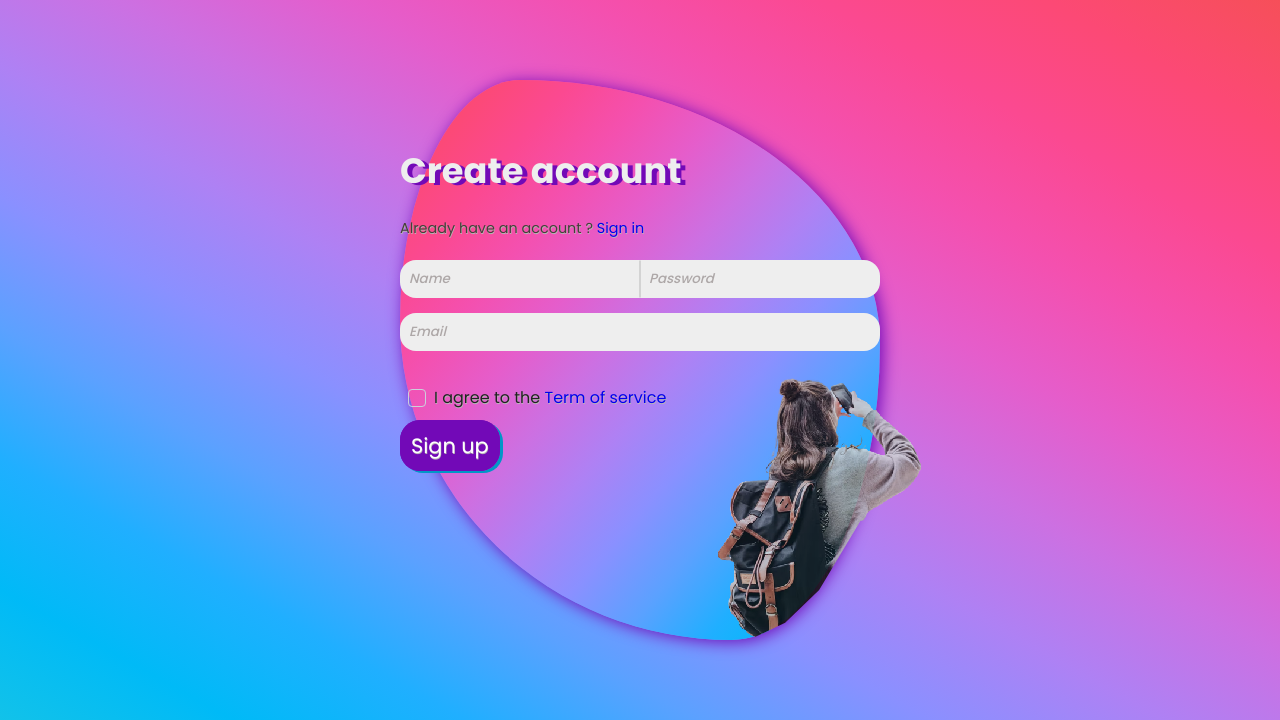
Repository: Yuukicoder/Techfest1
Page: signup.html
These files come from the project's save history. The page is drawn as it stood at one moment and after the next save; the edit follows.
The browser window is 1280 px wide. The pictures show the whole page.
Some web fonts or font styles are not loaded; a fallback is used.

Above is the page before, as saved 2022-11-05 21:49:05.

### signup.html
<!DOCTYPE html>
<html lang="en">
  <head>
    <meta charset="UTF-8" />
    <meta http-equiv="X-UA-Compatible" content="IE=edge" />
    <meta name="viewport" content="width=device-width, initial-scale=1.0" />
    <link rel="stylesheet" href="signup.css" />
    <title>Signup</title>
  </head>
  <body>
    <div id="scroll-progress"></div>
    <div class="box">
      <div class="signup">
        <!-- ======================================HEADING=============================================================== -->
        <div class="signup__heading">Create account</div>

        <!-- ======================================SIGNIN=============================================================== -->

        <p class="signup__already">
          Already have an account ? <a href="#" class="signup__link">Sign in</a>
        </p>
        <!-- =======================================NAME+PASSWORD============================================================== -->

        <form action="#" class="signup__form">
          <div class="form__group form__group--2">
            <input type="text" class="form__input" placeholder="Name" />
            <input type="text" class="form__input" placeholder="Password" />
          </div>
          <!-- =======================================EMAIL============================================================== -->

          <div class="form__group">
            <input type="text" class="form__input" placeholder="Email" />
          </div>
          <!-- ======================================SVG CHECKBOX=============================================================== -->

          <svg class="checkbox-symbol">
            <symbol id="check" viewbox="0 0 12 10">
              <polyline
                points="1.5 6 4.5 9 10.5 1"
                stroke-linecap="round"
                stroke-linejoin="round"
                stroke-width="2"
              ></polyline>
            </symbol>
          </svg>

          <div class="checkbox-container">
            <input class="checkbox-input" id="apples" type="checkbox" />
            <label class="checkbox" for="apples">
              <span>
                <svg width="12px" height="10px">
                  <use xlink:href="#check"></use>
                </svg>
              </span>
              <span>
                I agree to the
                <a href="#" class="signup__link">Term of service</a>
              </span>
            </label>
          </div>
          <!-- ======================================BUTTON SIGNUP=============================================================== -->

          <div class="form__group">
            <div class="button-border">
              <form action="index.html">
                <a href="index.html" class="button"><span> Sign up </span></a>
              </form>
            </div>
          </div>
        </form>
      </div>
      <!-- ===========================================IMAGE========================================================== -->

      <img src="Image/signup2.png" alt="anh1" />
      <!-- ===================================================================================================== -->
    </div>
    <script src="app.js"></script>
  </body>
</html>

### signup.css
@import url("https://fonts.googleapis.com/css2?family=Caveat:wght@400;600&family=Hurricane&family=Poppins:wght@100;200;300;400;500;600;700;800;900&family=Satisfy&display=swap");
* {
  margin: 0;
  box-sizing: border-box;
  /* border: 1px solid black; */
  font-family: "Poppins", sans-serif;
}
:root {
  --text-color: #463f3a;
  --link-color: #0000ee;
  --shadow-color: #7209b7;
}
/* =================================BODY======================================================== */

body {
  background-image: linear-gradient(
      to right top,
      #12c2e9,
      #00baf7,
      #20afff,
      #5ba1ff,
      #8a90ff,
      #ae81f4,
      #cc70e2,
      #e55dcb,
      #f450af,
      #fb4991,
      #fc4975,
      #f64f59
    ),
    url("./Image/signup1.webp");
  object-position: center;
  object-fit: cover;
  background-size: cover;
  background-repeat: no-repeat;
  width: 100vw;
  height: 100vh;
  display: flex;
  align-items: center;
  justify-content: center;
}
#scroll-progress {
  position: fixed;
  top: 0;
  width: 0%;
  height: 4px;
  background: #7983ff;
  z-index: 10000;
}
body::-webkit-scrollbar {
  display: none;
}
/* =================================IMAGE======================================================== */
img {
  image-rendering: pixelated;
  height: 65%;
  /* transform: translate(300px,199px); */
  transform: translate(184px, 99px);
  opacity: 0.9;
  clip-path: polygon(
    100% 0,
    100% 61%,
    65% 67%,
    48% 86%,
    34% 95%,
    18% 100%,
    0 100%,
    0 0,
    47% 0,
    80% 0
  );
}
/* ==================================BOX======================================================= */

.box {
  background-image: linear-gradient(
    to left top,
    #12c2e9,
    #00baf7,
    #20afff,
    #5ba1ff,
    #8a90ff,
    #ae81f4,
    #cc70e2,
    #e55dcb,
    #f450af,
    #fb4991,
    #fc4975,
    #f64f59
  );
  border-radius: 25% 75% 31% 69% / 43% 47% 53% 57%;
  height: 35rem;
  width: 30rem;
  box-shadow: 3px 2px 1rem var(--shadow-color);
  display: flex;
  align-items: center;
  justify-content: center;
  position: relative;
}
/* ===========================HEADING+SIGNUP+SIGNIN--LINK+CHECKBOX--LINK============================================================== */

.signup__heading {
  font-size: 2.2rem;
  font-weight: bold;
  margin-bottom: 1.3rem;
  color: #eee;
  cursor: context-menu;
  text-shadow: 5px 2px var(--shadow-color);
}
.signup {
  position: absolute;
  top: 0;
  padding-top: 4rem;
  cursor: context-menu;
  text-shadow: 0.5px 0.5px rgb(185, 183, 183);
}
.signup__already {
  margin-bottom: 1.3rem;
  color: var(--text-color);
  font-size: 0.9rem;
}
.signup__link {
  text-decoration: none;
  background-image: linear-gradient(var(--link-color), var(--link-color));
  background-size: 0% 0.1em;
  background-position-y: 100%;
  background-position-x: 100%;
  background-repeat: no-repeat;
  transition: background-size 0.2s ease-in-out;
}
.signup__link:hover,
.signup__link:focus,
.signup__link:active {
  background-size: 100% 0.1em;
  background-position-x: 0%;
}
/* ================================NAME+PASSWORD+EMAIL========================================================= */

.form__group {
  margin-bottom: 15px;
}
.form__group--2 {
  display: flex;
  justify-content: space-between;
}
.form__input {
  font-family: "Poppins", sans-serif;
  padding: 0.5rem;
  border-radius: 1rem;
  outline: none;
  font-weight: 500;
  background-color: #eee;
  border: 1px solid transparent;
  transition: 0.2s linear;
  width: 100%;
}
.form__group--2 > .form__input:first-child {
  border-right-color: #d3d3d3;
}
.form__group--2 > .form__input:last-child {
  border-left-color: #d3d3d3;
}

.form__input:focus {
  border: none;
  background-color: white;
}

.form__group--2 > .form__input:last-child {
  border-top-left-radius: 0;
  border-bottom-left-radius: 0;
}
.form__group--2 > .form__input:first-child {
  border-top-right-radius: 0;
  border-bottom-right-radius: 0;
}
.form__input::-webkit-input-placeholder {
  color: rgb(173, 167, 167);
  font-style: italic;
}
/* =====================================BUTTON==================================================== */

.button {
  background-color: transparent;
  border: none;
  font-size: 1.3rem;
  color: #ffffff;
  outline: none;
  padding: 10px;
  width: 200px;
  position: relative;
  border-radius: 20px;
  background-color: var(--shadow-color);
  transition: 0.5s;
  box-shadow: 3px 2px rgb(1, 150, 199);
  border: 1px solid var(--shadow-color);
}

.button:hover {
  background-color: #0077ff;
  border-right: 1px solid white;
}

.button span {
  cursor: pointer;
  display: inline-block;
  position: relative;
  transition: 0.5s;
}

.button span:after {
  content: "\00bb";
  position: absolute;
  opacity: 0;
  top: 0;
  right: -20px;
  transition: 0.5s;
}

.button:hover span {
  padding-right: 25px;
}

.button:hover span:after {
  opacity: 1;
  right: 0;
}
/* ===================================SVG CHECKBOX====================================================== */

.checkbox-symbol {
  position: absolute;
  width: 0;
  height: 0;
  pointer-events: none;
  user-select: none;
}

.checkbox-container {
  box-sizing: border-box;
  color: #222;
  height: 64px;
  display: flex;
  justify-content: center;
  align-items: center;
  flex-flow: row wrap;
}

.checkbox-container * {
  box-sizing: border-box;
}

.checkbox-input {
  position: absolute;
  visibility: hidden;
}

.checkbox {
  user-select: none;
  cursor: pointer;
  padding: 6px 8px;
  border-radius: 6px;
  overflow: hidden;
  transition: all 0.3s ease;
  display: flex;
  position: absolute;
  left: 0;
}

.checkbox:not(:last-child) {
  margin-right: 6px;
}

.checkbox:hover {
  background: rgba(0, 119, 255, 0.06);
}

.checkbox span {
  vertical-align: middle;
  transform: translate3d(0, 0, 0);
}

.checkbox span:first-child {
  position: relative;
  flex: 0 0 18px;
  width: 18px;
  height: 18px;
  border-radius: 4px;
  transform: scale(1);
  border: 1px solid #cccfdb;
  transition: all 0.3s ease;
}

.checkbox span:first-child svg {
  position: absolute;
  top: 3px;
  left: 2px;
  fill: none;
  stroke: #fff;
  stroke-dasharray: 16px;
  stroke-dashoffset: 16px;
  transition: all 0.3s ease;
  transform: translate3d(0, 0, 0);
}

.checkbox span:last-child {
  padding-left: 8px;
  line-height: 18px;
}

.checkbox:hover span:first-child {
  border-color: #0077ff;
}

.checkbox-input:checked + .checkbox span:first-child {
  background: #0077ff;
  border-color: #0077ff;
  animation: zoom-in-out 0.3s ease;
}

.checkbox-input:checked + .checkbox span:first-child svg {
  stroke-dashoffset: 0;
}

@keyframes zoom-in-out {
  50% {
    transform: scale(0.9);
  }
}
/* ========================================================================================= */
.left-to-right {
  transform: translateX(-150%);
}

.left-to-right.start {
  transition: 1.7s ease-in-out;
  transform: translateX(0);
}
.right-to-left {
  transform: translateX(150%);
}

.right-to-left.start {
  transition: 0.7s ease-in-out;
  transform: translateX(0);
}
.zoom {
  transform: scale(0);
}

.zoom.start {
  transition: 1.5s ease-in-out;
  transform: unset;
}

Loaded but not shown: app.js (no copy from this time; the picture is the same without it)

After the next save:
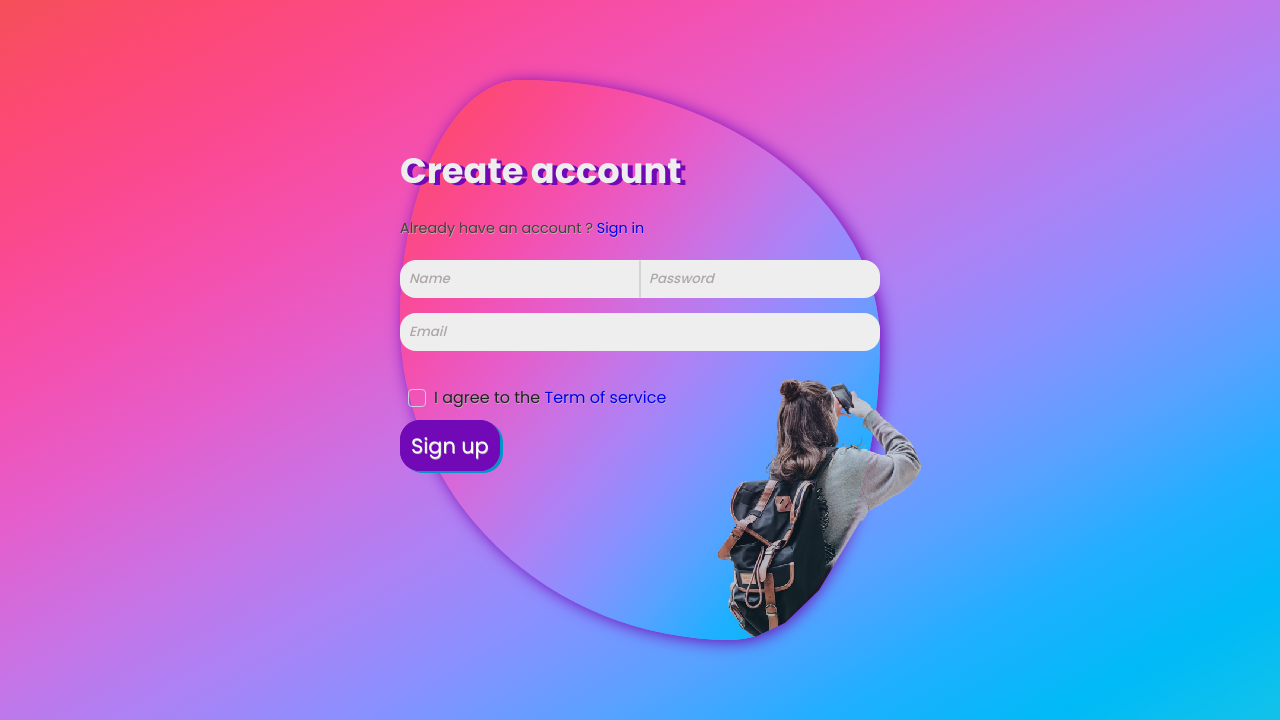
Saved 9 s later.
--- a/signup.css
+++ b/signup.css
@@ -14,7 +14,7 @@
 
 body {
   background-image: linear-gradient(
-      to right top,
+      to left top,
       #12c2e9,
       #00baf7,
       #20afff,
